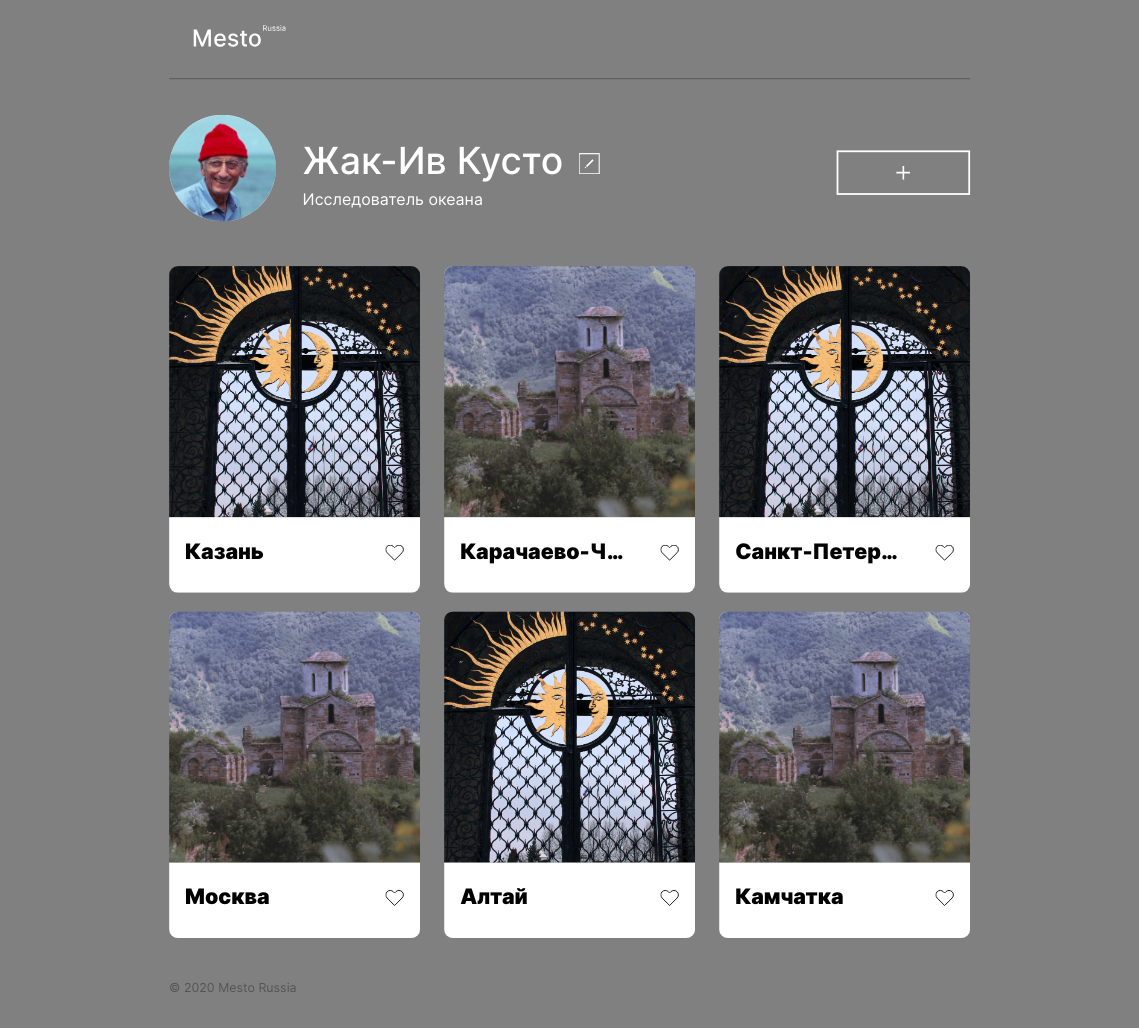
Repository: zajcevakaterina/mesto
Page: index.html
The author's editor kept a copy of each file at every save. The page is drawn from the files as they stood at one save, then again after the next save.
The browser window is 1280 px wide. The pictures show the whole page, at 89% of full size.

Above is the page before, as saved 2020-05-07 14:08:56.

### index.html
<!DOCTYPE html>
<html lang="en">

<head>
  <meta charset="UTF-8">
  <meta name="viewport" content="width=device-width, initial-scale=1.0">
  <link rel="stylesheet" href="./vendor/fonts/fonts.css">
  <link rel="stylesheet" href="./pages/index.css">
  <title>Mesto Russia</title>
</head>

<body>
  <div class="root">
    <header class="header width">
      <img src="./images/header/logo.svg" alt="Логотип проекта Место Russia" class="header__logo">
    </header>
    <main class="main width">
      <section class="profile">
        <div class="profile__content">
          <img src="./images/profile/Avatar.jpg" alt="Аватар путешественника" class="profile__avatar">
        <div class="profile__info">
          <div class="profile__title">
            <h1 class="profile__name">Жак-Ив Кусто</h1>
            <button class="profile__edit-button button-hover"></button>
          </div>
          <p class="profile__subtitle">Исследователь океана</p>
        </div>
        </div>
        <button class="profile__add-button button-hover"></button>
      </section>

      <section class="places">
          <div class="places__card">
            <img src="./images/places/Kazan.jpg" alt="Фотография Казани" class="places__image">
            <div class="places__desc">
              <h2 class="places__title">Казань</h2>
              <div class="places__like"></div>
            </div>
          </div>

          <div class="places__card">
            <img src="./images/places/kirill-pershin-1088404-unsplash.jpg" alt="Фотография Карачаево-Черкесии" class="places__image">
            <div class="places__desc">
              <h2 class="places__title">Карачаево-Черкесия</h2>
              <div class="places__like"></div>
            </div>
          </div>

          <div class="places__card">
            <img src="./images/places/Kazan.jpg" alt="Фотография Казани" class="places__image">
            <div class="places__desc">
              <h2 class="places__title">Санкт-Петербург</h2>
              <div class="places__like"></div>
            </div>
          </div>

          <div class="places__card">
            <img src="./images/places/kirill-pershin-1088404-unsplash.jpg" alt="Фотография Карачаево-Черкесии" class="places__image">
            <div class="places__desc">
              <h2 class="places__title">Москва</h2>
              <div class="places__like"></div>
            </div>
          </div>

          <div class="places__card">
            <img src="./images/places/Kazan.jpg" alt="Фотография Казани" class="places__image">
            <div class="places__desc">
              <h2 class="places__title">Алтай</h2>
              <div class="places__like"></div>
            </div>
          </div>

          <div class="places__card">
            <img src="./images/places/kirill-pershin-1088404-unsplash.jpg" alt="Фотография Карачаево-Черкесии" class="places__image">
            <div class="places__desc">
              <h2 class="places__title">Камчатка</h2>
              <div class="places__like"></div>
            </div>
          </div>
      </section>
    </main>

    <footer class="footer width">
      <p class="footer__copyright">&copy; 2020 Mesto Russia</p>
    </footer>
  </div>
</body>

</html>

### vendor/fonts/fonts.css
@font-face {
  src: url(./Regular/Inter-Regular.woff) format('woff');
  src: url(./Regular/Inter-Regular.woff2) format('woff2');
  src: url(./Regular/Inter-Regular.ttf) format('truetype');
  src: url(./Regular/Inter-Regular.otf) format('opentype');
  font-family: 'Inter';
  font-style: normal;
  font-weight: 400;
}

@font-face {
  src: url(./Medium/Inter-Medium.woff) format('woff');
  src: url(./Medium/Inter-Medium.woff2) format('woff2');
  src: url(./Medium/Inter-Medium.ttf) format('truetype');
  src: url(./Medium/Inter-Medium.otf) format('opentype');
  font-family: 'Inter';
  font-style: normal;
  font-weight: 500;
}

@font-face {
  src: url(./Bold/Inter-Bold.woff) format('woff');
  src: url(./Bold/Inter-Bold.woff2) format('woff2');
  src: url(./Bold/Inter-Bold.ttf) format('truetype');
  src: url(./Bold/Inter-Bold.otf) format('opentype');
  font-family: 'Inter';
  font-style: normal;
  font-weight: 700;
}

@font-face {
  src: url(./Black/Inter-Black.woff) format('woff');
  src: url(./Black/Inter-Black.woff2) format('woff2');
  src: url(./Black/Inter-Black.ttf) format('truetype');
  src: url(./Black/Inter-Black.otf) format('opentype');
  font-family: 'Inter';
  font-style: normal;
  font-weight: 900;
}

### pages/index.css
@import url(../vendor/normalize.css);
@import url(../blocks/root/root.css);
@import url(../blocks/width/width.css);
@import url(../blocks/button-hover/button-hover.css);

@import url(../blocks/popup/popup.css);
@import url(../blocks/edit-form/edit-form.css);
@import url(../blocks/header/header.css);
@import url(../blocks/profile/profile.css);
@import url(../blocks/places/places.css);
@import url(../blocks/footer/footer.css);

### blocks/root/root.css
.root {
    font-family: 'Inter', Arial, sans-serif;
    min-width: 320px;
    background: #000;
    color: #fff;
    margin: 0 auto;
    -webkit-font-smoothing: antialiased;
    -moz-osx-font-smoothing: grayscale;
    box-sizing: border-box;
}

@media screen and (min-width: 425px) {
  .root{
    background: grey;
  }
}

### blocks/width/width.css
.width {
  width: calc(100% - 38px);
  margin: 0 auto;
}

@media screen and (min-width: 768px) {
  .width {
    width: calc(100% - 144px);
  }
}

@media screen and (min-width: 1024px) {
  .width {
    width: calc(100% - 380px);
  }
}

### blocks/button-hover/button-hover.css
.button-hover:hover {
  opacity: .6;
  cursor: pointer;
}

### blocks/popup/popup.css
@import url(./_opened/popup_opened.css);
@import url(./__container/popup__container.css);
@import url(./__close-button/popup__close-button.css);

.popup {
  position: fixed;
  width: 100%;
  height: 100%;
  display: flex;
  justify-content: center;
  align-items: center;
  background: rgba(0, 0, 0, .5);
  /* display: none; */
}

### blocks/edit-form/edit-form.css
@import url(./__heading/edit-form__heading.css);
@import url(./__item/edit-form__item.css);
@import url(./__button/edit-form__button.css);

### blocks/header/header.css
@import url(./__logo/header__logo.css);

.header {
    padding: 28px 0 0;
    border-bottom: 1px solid #545454;
}

### blocks/profile/profile.css
@import url(./__content/profile__content.css);
@import url(./__avatar/profile__avatar.css);
@import url(./__info/profile__info.css);
@import url(./__title/profile__title.css);
@import url(./__name/profile__name.css);
@import url(./__edit-button/profile__edit-button.css);
@import url(./__subtitle/profile__subtitle.css);
@import url(./__add-button/profile__add-button.css);

.profile {
  display: flex;
  flex-direction: column;
  align-items: center;
}

@media screen and (min-width: 768px) {
  .profile {
    flex-direction: row;
    justify-content: space-between;
  }
}

### blocks/places/places.css
@import url(./__card/places__card.css);
@import url(./__image/places__image.css);
@import url(./__desc/places__desc.css);
@import url(./__title/places__title.css);
@import url(./__like/places__like.css);

.places {
  display: grid;
  grid-template-columns: repeat(auto-fit, 282px);
  row-gap: 20px;
  column-gap: 18px;
  padding-bottom: 48px;
  justify-content: center;
  margin: auto;
}

@media screen and (min-width: 768px) {
  .places {
    row-gap: 21px;
    justify-content: space-between;
  }
}

### blocks/footer/footer.css
@import url(./__copyright/footer__copyright.css);

### blocks/popup/__container/popup__container.css
.popup__container {
  width: 430px;
  min-height: 330px;
  background: #fff;
  box-sizing: border-box;
  border-radius: 10px;
  box-shadow: 0px 0px 25px rgba(0, 0, 0, 0.15);
  padding: 34px 36px 36px;
  position: relative;
}

### blocks/popup/__close-button/popup__close-button.css
.popup__close-button {
  background-image: url(../../../images/popup/Close-Button.svg);
  width: 45px;
  height: 45px;
  position: absolute;
  top: -36px;
  right: -36px;
  background-repeat: no-repeat;
  background-size: contain;
}

### blocks/edit-form/__heading/edit-form__heading.css
.edit-form__heading {
  font-weight: 900;
  font-size: 24px;
  line-height: 1.2;
  color: #000;
  margin: 0 0 54px;
  padding: 0;
}

### blocks/edit-form/__item/edit-form__item.css
.edit-form__item {
  font-family: inherit;
  border: 0;
  border-bottom: 1px solid rgba(0, 0, 0, .2);
  height: 28px;
  margin: 0;
  width: 100%;
}

.edit-form__item:first-of-type {
  margin-bottom: 30px;
}

.edit-form__item:focus {
  outline-color:#E5E5E5;
  outline-width: 1px;
}

### blocks/edit-form/__button/edit-form__button.css
.edit-form__button {
  background: #000;
  color: #fff;
  font-family: inherit;
  width: 100%;
  border: 0;
  text-align: center;
  padding: 14px 0;
  margin: 60px 0 0;
  font-size: 18px;
  line-height: 1.22;
  border-radius: 2px;
}

.edit-form__button:hover {
  opacity: .8;
}

### blocks/header/__logo/header__logo.css
.header__logo {
  width: 104px;
  height: 25px;
  margin: 0 0 32px 27px;
}

### blocks/profile/__content/profile__content.css
.profile__content {
  display: flex;
  flex-direction: column;
  align-items: center;
}

@media screen and (min-width: 768px) {
  .profile__content {
    flex-direction: row;
  }
}

### blocks/profile/__avatar/profile__avatar.css
.profile__avatar {
  border-radius: 50%;
  width: 120px;
  height: auto;
  margin: 42px 0 14px;
}

@media screen and (min-width: 768px) {
  .profile__avatar {
    margin: 40px 30px 50px 0;
  }
}

### blocks/profile/__info/profile__info.css
@media screen and (min-width: 768px) {
  .profile__info {
    justify-self: flex-start;
  }
}

### blocks/profile/__title/profile__title.css
.profile__title {
  display: flex;
  align-items: baseline;
}

### blocks/profile/__name/profile__name.css
.profile__name{
  font-weight: 500;
  font-size: 27px;
  line-height: 2.07;
  text-align: center;
  margin: 0 4px 0 0;
  padding: 0;
}

@media screen and (min-width: 768px) {
  .profile__name {
    font-size: 42px;
    line-height: 1.33;
    text-align: left;
    margin: 0 17px 4px 0;
  }
}

### blocks/profile/__edit-button/profile__edit-button.css
.profile__edit-button {
  background: transparent;
  border: none;
  background-image: url(../../../images/profile/Edit\ Button.svg);
  background-repeat: no-repeat;
  width: 18px;
  height: 18px;
  background-size: contain;
}

@media screen and (min-width: 768px) {
  .profile__edit-button {
    width: 24px;
    height: 24px;
  }
}

### blocks/profile/__subtitle/profile__subtitle.css
.profile__subtitle {
  margin: 0 0 36px;
  padding: 0;
  font-size: 14px;
  line-height: 1.21;
  text-align: center;
}

@media screen and (min-width: 768px) {
  .profile__subtitle {
    margin: 0;
    font-size: 18px;
    line-height: 1.22;
    text-align: left;
  }
}

### blocks/profile/__add-button/profile__add-button.css
.profile__add-button {
  width: 282px;
  height: 50px;
  background: transparent;
  background-image: url(../../../images/places/add-button-image.svg);
  background-repeat: no-repeat;
  background-position: center;
  border: 2px solid #fff;
  color: #fff;
  margin: 0 auto 36px;
}

@media screen and (min-width: 768px) {
  .profile__add-button {
    width: 150px;
    margin: 0;
  }
}

### blocks/places/__card/places__card.css
.places__card {
  width: 100%;
  border-radius: 10px;
  overflow: hidden;
}

### blocks/places/__image/places__image.css
.places__image {
  width: 100%;
  height: 282px;
  object-position: center;
  object-fit: cover;
  display: block;
}

### blocks/places/__desc/places__desc.css
.places__desc {
  background: #fff;
  display: flex;
  align-items: center;
  justify-content: space-between;
  padding: 25px 18px 31px 18px;
}

### blocks/places/__title/places__title.css
.places__title {
  color: #000;
  font-weight: 900;
  margin: 0;
  white-space: nowrap;
  overflow: hidden;
  text-overflow: ellipsis;
  font-size: 24px;
  line-height: 1.2;
  max-width: 190px;
}

### blocks/places/__like/places__like.css
.places__like {
  background-image: url(../../../images/places/like.svg);
  width: 21px;
  height: 18px;
  background-repeat: no-repeat;
}

### blocks/footer/__copyright/footer__copyright.css
.footer__copyright {
  font-size: 14px;
  line-height: 1.2;
  color: #545454;
  padding: 0 0 36px;
  margin: 0;
}

Loaded but not shown: vendor/normalize.css (library); blocks/popup/_opened/popup_opened.css (common file)

After the next save:
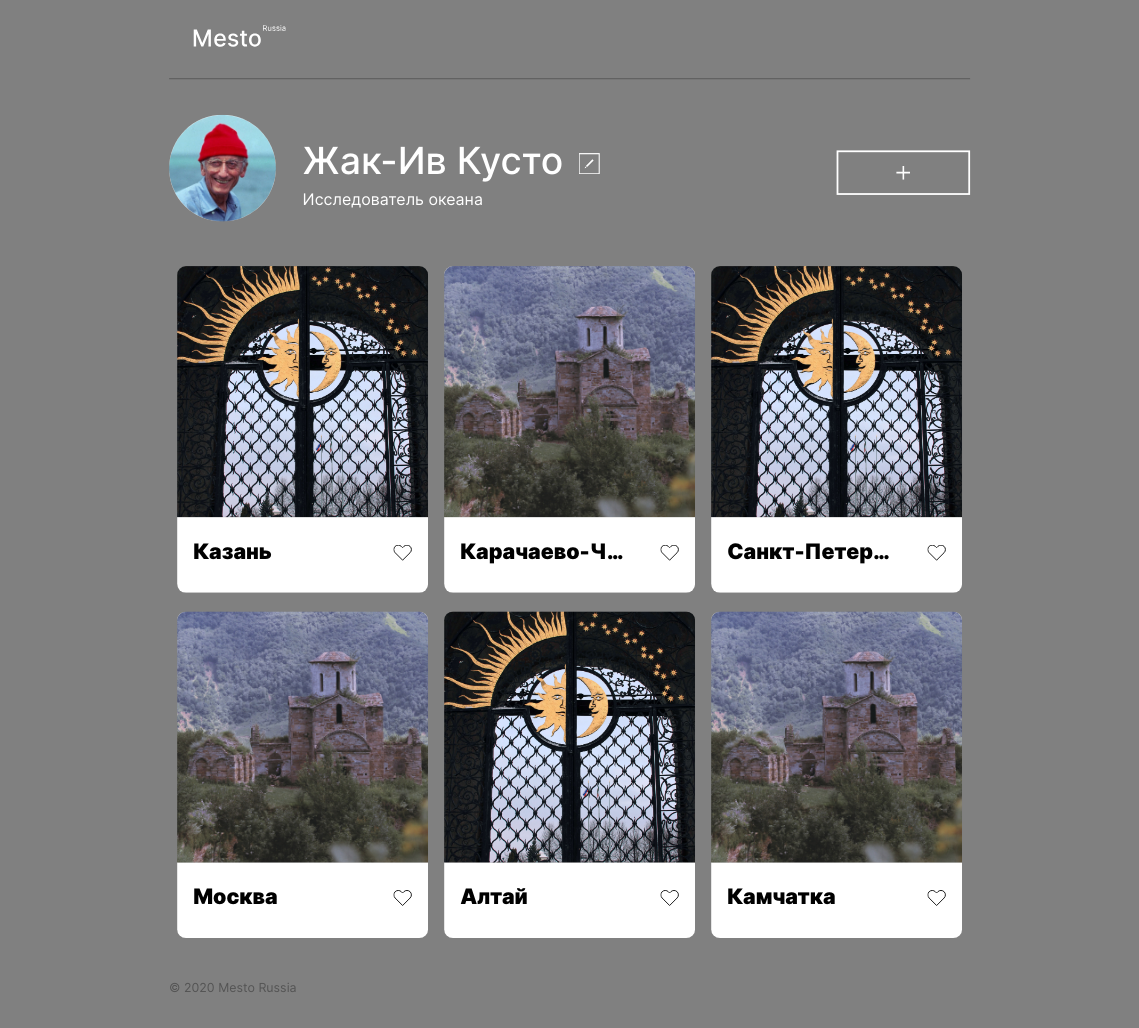
Saved 3 min 16 s later.
--- a/blocks/places/places.css
+++ b/blocks/places/places.css
@@ -17,6 +17,6 @@
 @media screen and (min-width: 768px) {
   .places {
     row-gap: 21px;
-    justify-content: space-between;
+    /* justify-content: ; */
   }
 }
